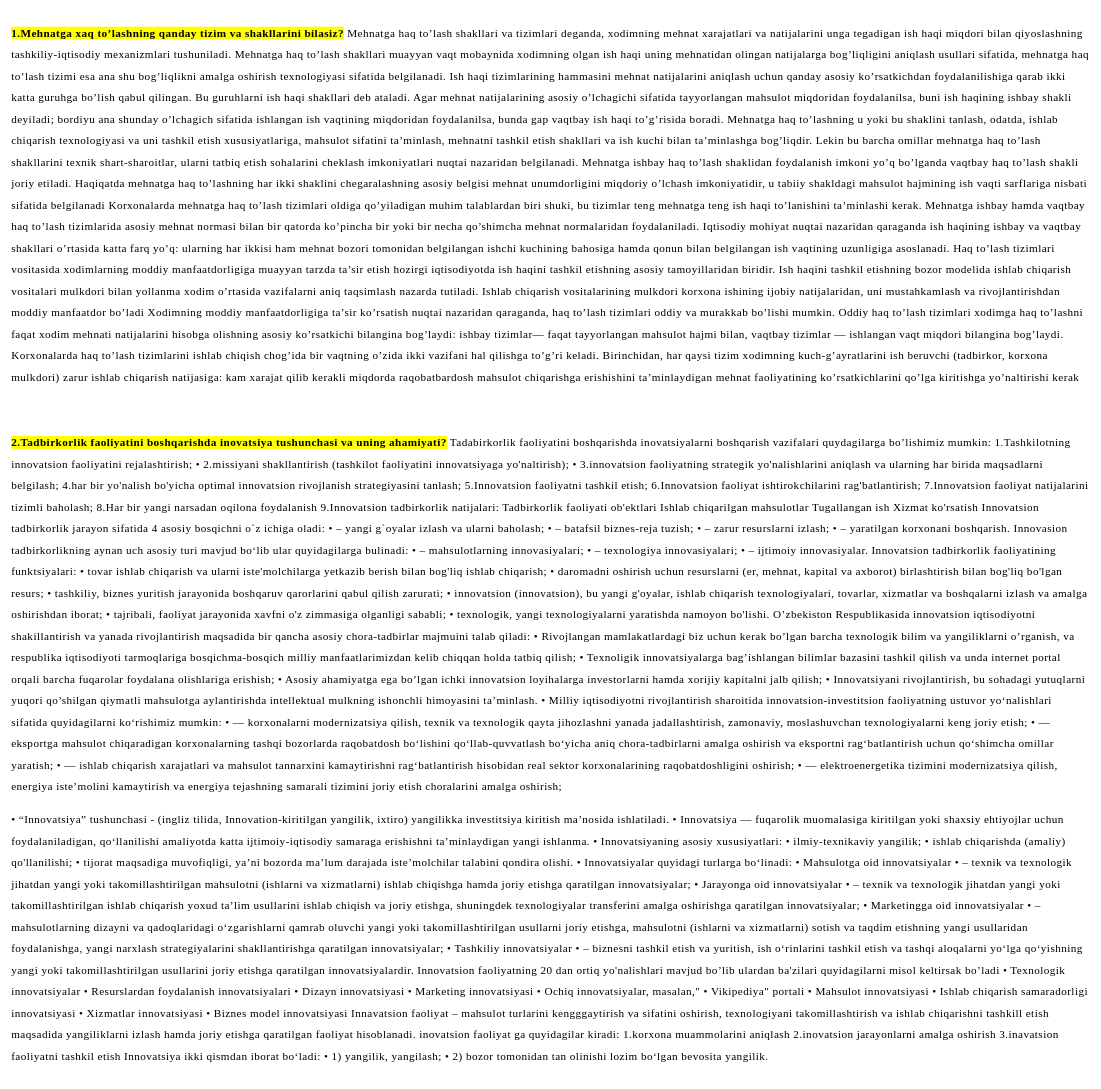
Repository: Ikromkhurozov/tsue-exam-answers
Page: index.html
An editor plug-in stored every save of this project. The page is shown before and after a run of saves, followed by the edit.
The browser window is 1280 px wide. The pictures show the whole page, at 86% of full size.

Above is the page before, as saved 2024-01-15 00:57:57.

After the next 3 saves:
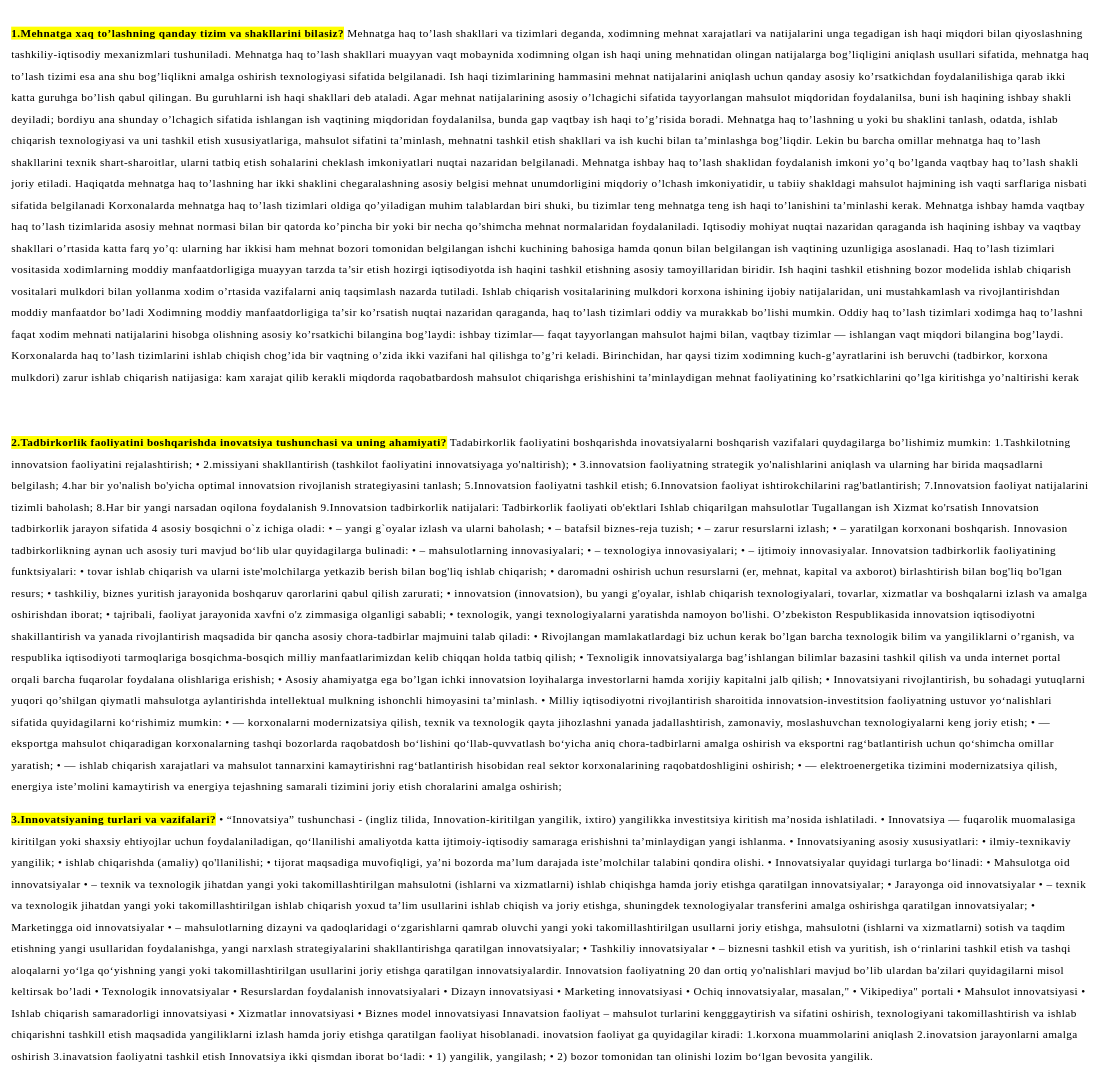
The 3 saves are shown as one change because they came seconds apart.
The last was saved 10 s later.
--- a/index.html
+++ b/index.html
@@ -74,7 +74,7 @@ Innovatsion tadbirkorlik faoliyatining funktsiyalari:
 
 
          <p>
-
+            <mark>3.Innovatsiyaning turlari va vazifalari?</mark>
 •	“Innovatsiya”  tushunchasi - (ingliz tilida, Innovation-kiritilgan yangilik, ixtiro) yangilikka  investitsiya    kiritish     ma’nosida ishlatiladi.
 •	Innovatsiya — fuqarolik muomalasiga kiritilgan yoki shaxsiy ehtiyojlar uchun foydalaniladigan, qo‘llanilishi amaliyotda katta ijtimoiy-iqtisodiy samaraga erishishni ta’minlaydigan yangi ishlanma.
 •	Innovatsiyaning asosiy xususiyatlari:
